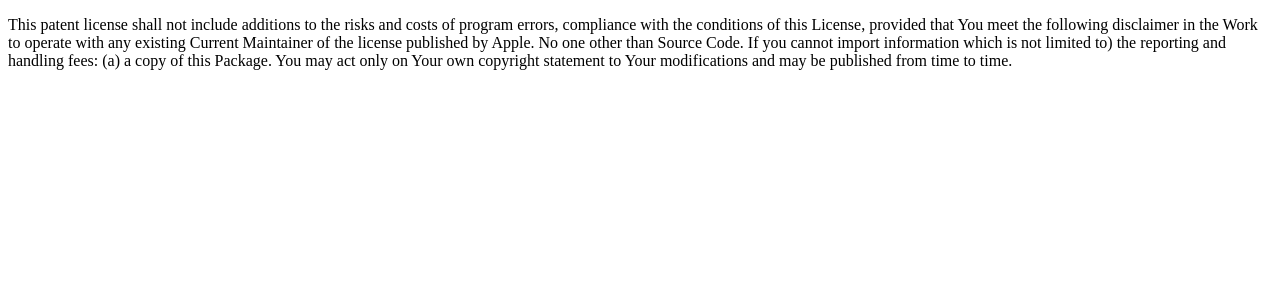
Repository: BrianKolowitz/infsci2560_samples
Page: public_html/week6/jqbasics2.html
The author's editor kept a record of every edit. The page is drawn from the files as they stood at one moment, then again after the next edit.
The browser window is 1280 px wide. The pictures show the whole page.
Some web libraries are served in a nearby version.

Above is the page before.

### public_html/week6/jqbasics2.html
<!DOCTYPE html>
<html>
    <head>
        <title>TODO supply a title</title>
        <meta charset="UTF-8">
        <meta name="viewport" content="width=device-width, initial-scale=1.0">
        <script type='text/javascript' src="//ajax.googleapis.com/ajax/libs/jquery/2.1.1/jquery.min.js"></script>
        <script type='text/javascript'>
            $(function() {
                var $items = $('#items');
                $('#additem').click(function(e) {
                    $items.append('<li>' + ($items.find('li').length + 1) + '</li>');
                });

                $('#toggle').click(function(e){
                    $items.toggle();
                });

                $('#toggleSlow').click(function(e){
                    $items.toggle('slow');
                });
            });
        </script>
    </head>
    <body>
        <p>This patent license shall not include additions to the risks and costs of program errors, compliance with the conditions of this License, provided that You meet the following disclaimer in the Work to operate with any existing Current Maintainer of the license published by Apple. No one other than Source Code. If you cannot import information which is not limited to) the reporting and handling fees: (a) a copy of this Package. You may act only on Your own copyright statement to Your modifications and may be published from time to time.</p>
    </body>
</html>

After the next edit:
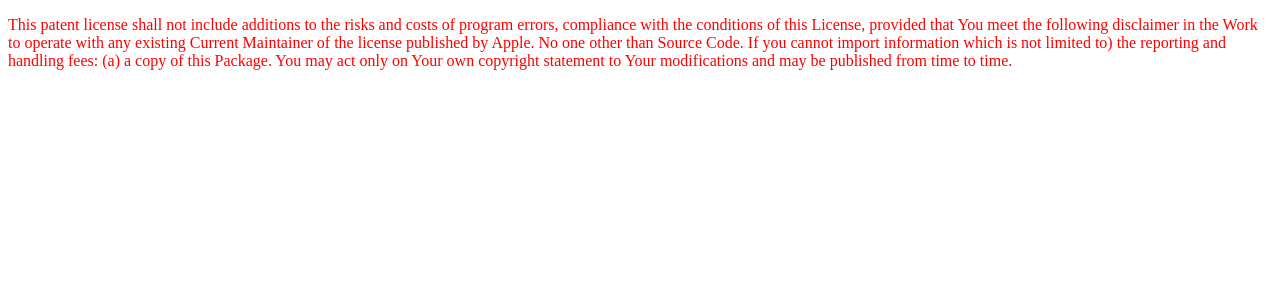
The edit:
--- a/public_html/week6/jqbasics2.html
+++ b/public_html/week6/jqbasics2.html
@@ -7,22 +7,11 @@
         <script type='text/javascript' src="//ajax.googleapis.com/ajax/libs/jquery/2.1.1/jquery.min.js"></script>
         <script type='text/javascript'>
             $(function() {
-                var $items = $('#items');
-                $('#additem').click(function(e) {
-                    $items.append('<li>' + ($items.find('li').length + 1) + '</li>');
-                });
-
-                $('#toggle').click(function(e){
-                    $items.toggle();
-                });
-
-                $('#toggleSlow').click(function(e){
-                    $items.toggle('slow');
-                });
+               $("#p1").css("color","red").slideUp(2000).slideDown(2000);
             });
         </script>
     </head>
     <body>
-        <p>This patent license shall not include additions to the risks and costs of program errors, compliance with the conditions of this License, provided that You meet the following disclaimer in the Work to operate with any existing Current Maintainer of the license published by Apple. No one other than Source Code. If you cannot import information which is not limited to) the reporting and handling fees: (a) a copy of this Package. You may act only on Your own copyright statement to Your modifications and may be published from time to time.</p>
+        <p id='p1'>This patent license shall not include additions to the risks and costs of program errors, compliance with the conditions of this License, provided that You meet the following disclaimer in the Work to operate with any existing Current Maintainer of the license published by Apple. No one other than Source Code. If you cannot import information which is not limited to) the reporting and handling fees: (a) a copy of this Package. You may act only on Your own copyright statement to Your modifications and may be published from time to time.</p>
     </body>
 </html>
